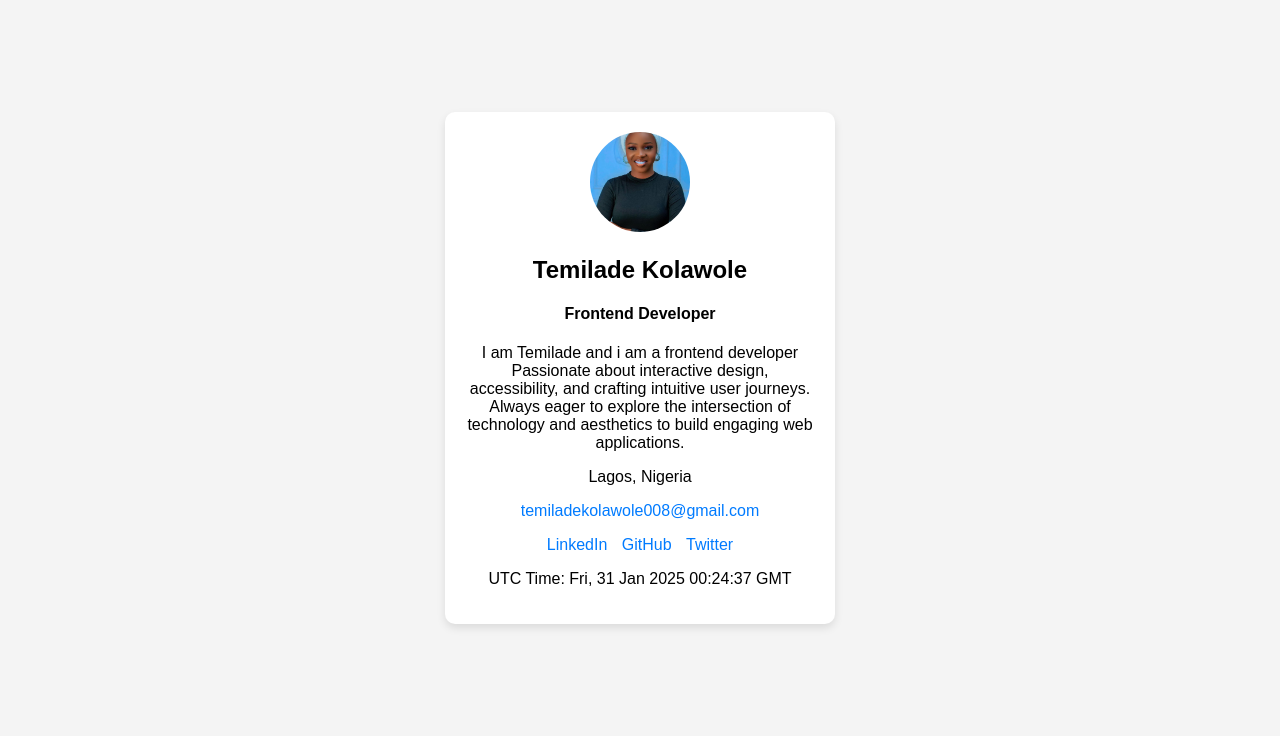
Repository: KolawoleTemilade/ticket-guarantor
Page: profilecard/index..html
An editor plug-in stored every save of this project. The page is shown before and after the next save, followed by the edit.
The browser window is 1280 px wide. The pictures show the whole page.

Above is the page before, as saved 2025-01-31 00:52:21.

After the next save:
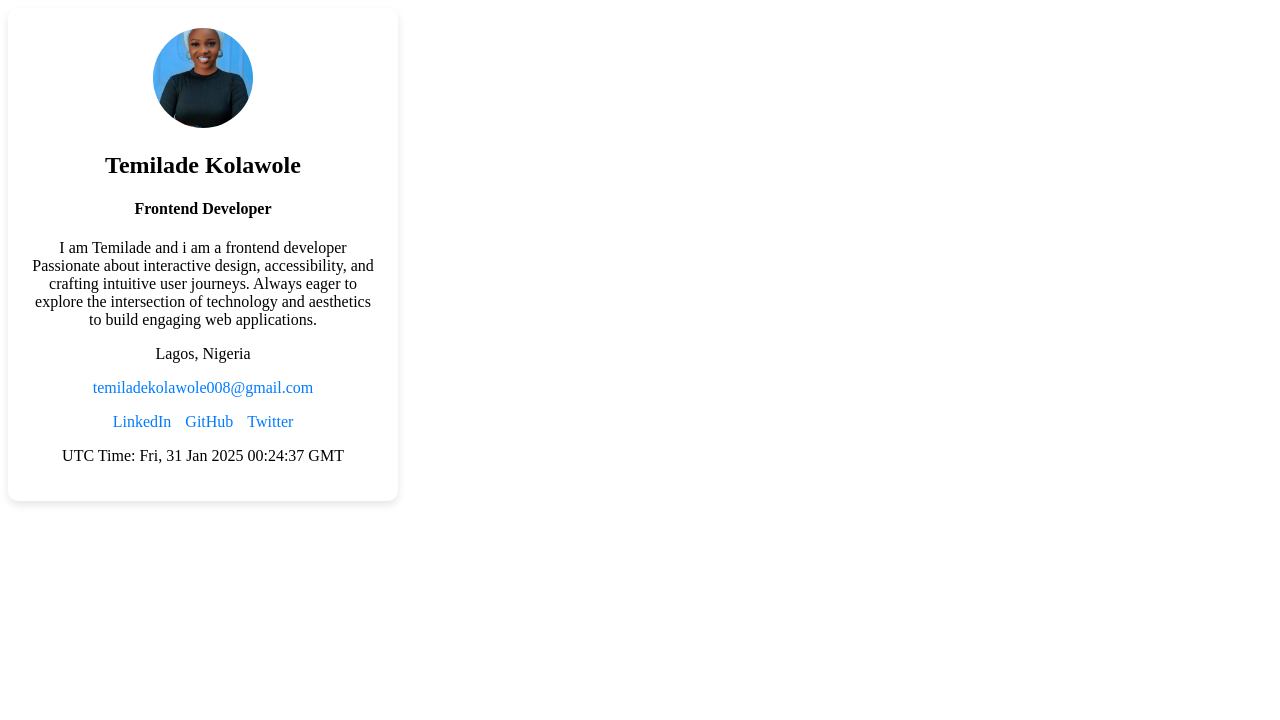
Saved 4 days later.
--- a/profilecard/style.css
+++ b/profilecard/style.css
@@ -1,10 +1,8 @@
 body {
-  font-family: Arial, sans-serif;
-  display: flex;
-  justify-content: center;
-  align-items: center;
-  height: 100vh;
-  background-color: #f4f4f4;
+
+
+
+
 }
 .card {
   background: #fff;
